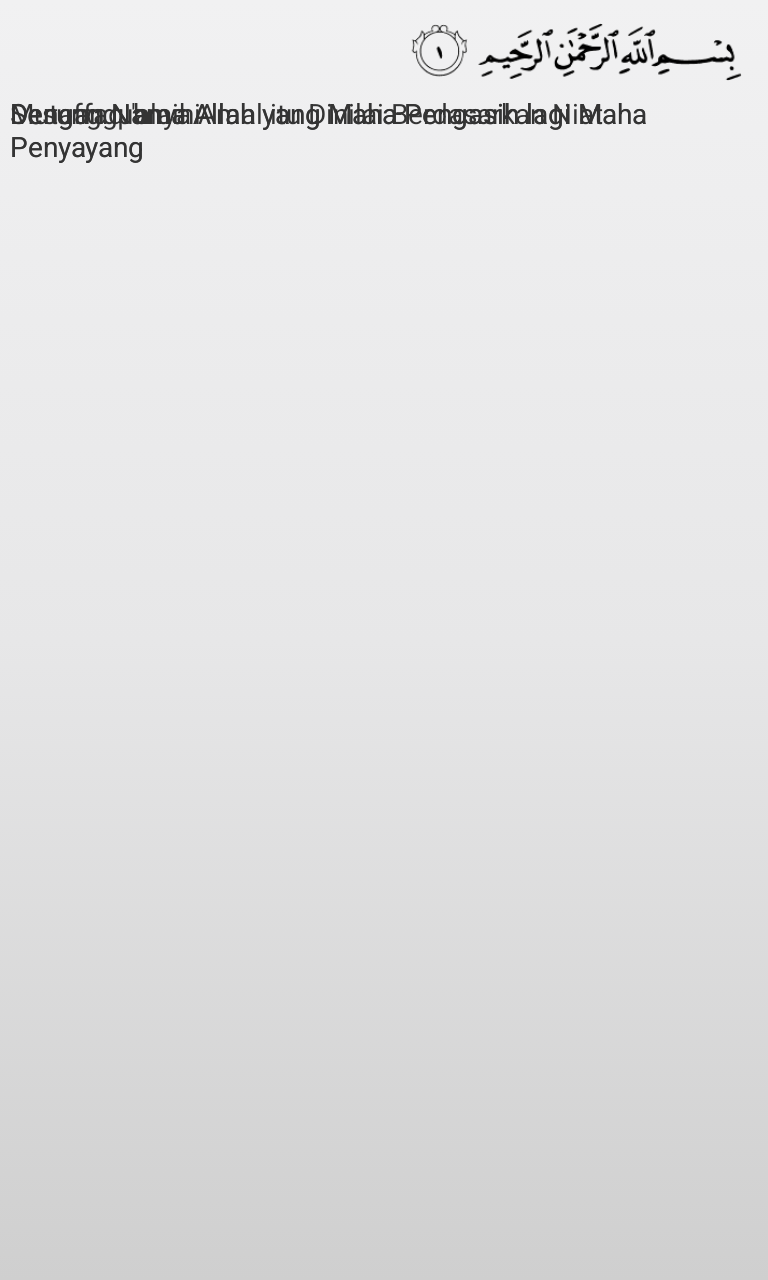
Repository: rezaervani/ayongajitiaphari
Layout: AyoNgajiTiapHari/res/layout/barisriyadhusshalihin.xml
An editor plug-in stored every save of this project. The layout is shown before and after the next save, followed by the edit.
It is drawn on a 768 x 1280 px phone screen (xhdpi) without system bars, with theme AppTheme; the app's code is not run.

Above is the layout before, as saved 2014-06-29 05:49:33.

### AyoNgajiTiapHari/res/layout/barisriyadhusshalihin.xml
<?xml version="1.0" encoding="utf-8"?>
<RelativeLayout xmlns:android="http://schemas.android.com/apk/res/android"
    android:layout_width="fill_parent"
    android:layout_height="wrap_content"
    android:background="@drawable/list_selector"
    android:orientation="horizontal"
    android:padding="5dip" >

    <!--  ListRow Left sied Thumbnail image -->

    <LinearLayout
        android:id="@+id/thumbnail"
        android:layout_width="wrap_content"
        android:layout_height="wrap_content"
        android:layout_alignParentRight="true"
        android:layout_marginRight="5dip"
        android:background="@drawable/imagebg"
        android:padding="3dip" >



        <ImageView
            android:id="@+id/tekshadisrs"
            android:layout_width="wrap_content"
            android:layout_height="wrap_content"
            android:layout_gravity="center_horizontal|right"
            android:contentDescription="@string/ayattampil"
            android:scaleType="fitCenter"
            android:src="@drawable/alfatihah_1" />

    </LinearLayout>

    <!-- Terjemahan -->


    <!-- Artist Name -->

    <TextView
        android:id="@+id/terjemah"
        android:layout_width="fill_parent"
        android:layout_height="wrap_content"
        android:layout_alignLeft="@+id/thumbnail"
        android:layout_alignParentLeft="true"
        android:layout_below="@+id/thumbnail"
        android:text="Sesungguhnya Amal itu Dinilai Berdasarkan Niat"
        android:textColor="#343434"
        android:textSize="14sp" />

     <TextView
        android:id="@+id/derajat"
        android:layout_width="fill_parent"
        android:layout_height="wrap_content"
        android:layout_alignLeft="@+id/thumbnail"
        android:layout_alignParentLeft="true"
        android:layout_below="@+id/thumbnail"
        android:text="Mutaffaq 'alaihi"
        android:textColor="#343434"
        android:textSize="14sp" />

      <TextView
        android:id="@+id/pengesahan"
        android:layout_width="fill_parent"
        android:layout_height="wrap_content"
        android:layout_alignLeft="@+id/thumbnail"
        android:layout_alignParentLeft="true"
        android:layout_below="@+id/thumbnail"
        android:text="Dengan Nama Allah yang Maha Pengasih lagi Maha Penyayang"
        android:textColor="#343434"
        android:textSize="14sp" />

       <TextView
        android:id="@+id/syarah"
        android:layout_width="fill_parent"
        android:layout_height="wrap_content"
        android:layout_alignLeft="@+id/thumbnail"
        android:layout_alignParentLeft="true"
        android:layout_below="@+id/thumbnail"
        android:text="Dengan Nama Allah yang Maha Pengasih lagi Maha Penyayang"
        android:textColor="#343434"
        android:textSize="14sp" />

</RelativeLayout>

### AyoNgajiTiapHari/res/drawable-hdpi/list_selector.xml
<?xml version="1.0" encoding="utf-8"?>
<selector xmlns:android="http://schemas.android.com/apk/res/android" >
     <item
     android:state_selected="false"
        android:state_pressed="false"
        android:drawable="@drawable/bgradient" />

    <item android:state_pressed="true"
        android:drawable="@drawable/hoverbg" />

    <item android:state_selected="true"
     android:state_pressed="false"
        android:drawable="@drawable/hoverbg" />

</selector>

### AyoNgajiTiapHari/res/drawable-hdpi/imagebg.xml
<?xml version="1.0" encoding="utf-8"?>
<layer-list xmlns:android="http://schemas.android.com/apk/res/android" >
        <item>
      <shape
        android:shape="rectangle">

            <solid android:color="#00000000"/>
        </shape>
   </item>

</layer-list>

### AyoNgajiTiapHari/res/values/strings.xml
<?xml version="1.0" encoding="utf-8"?>
<resources>

    <string name="app_name">AyoNgajiTiapHari</string>
    <string name="hello_world">Hello world!</string>
    <string name="juduldepan">Ayo Ngaji Tiap Hari</string>
    <string name="situs">quran.rumahilmu.or.id</string>
    <string name="logo">logo</string>
    <string name="masjid">Masjid</string>
    <string name="ustadz">Ustadz</string>
    <string name="kajian">Kajian</string>
    <string name="tanggal">Tanggal</string>
    <string name="tombolquran">Kajian Al Quran</string>
    <string name="tombolsunnah">Kajian Sunnah</string>
    <string name="tombolmasjid">Masjid dan Agenda</string>
    <string name="tomboltanyajawab">Tanya Jawab Ustadz</string>
    <string name="tafsiradhwaulbayan">Gambar Tafsir Adhwaul Bayan</string>
    <string name="namasurah">Nama Surah</string>
    <string name="keterangansurah">Keterangan Surah</string>
    <string name="tentangaplikasi">Tentang Aplikasi</string>
    <string name="shahihbukhari">Shahih Bukhari</string>
    <string name="shahihmuslim">Shahih Muslim</string>
    <string name="riyadhusshalihin">Riyadhus Shalihin</string>
    <string name="arbainnawawiyah">Arbain an Nawawiyah</string>
    <string name="sunannasai">Sunan Nasai</string>
    <string name="sunanabudawud">Sunan Abu Dawud</string>
    <string name="ayattampil">Ayat Tampil</string>


</resources>

### AyoNgajiTiapHari/res/drawable-hdpi/bgradient.xml
<?xml version="1.0" encoding="utf-8"?>
<shape xmlns:android="http://schemas.android.com/apk/res/android"
       android:shape="rectangle">

    <gradient
      android:startColor="#f1f1f2"
      android:centerColor="#e7e7e8"
      android:endColor="#cfcfcf"
      android:angle="270" />

</shape>

### AyoNgajiTiapHari/res/drawable-hdpi/hoverbg.xml
<?xml version="1.0" encoding="utf-8"?>
<shape xmlns:android="http://schemas.android.com/apk/res/android"
    android:shape="rectangle">

    <gradient
      android:startColor="#18d7e5"
      android:centerColor="#16cedb"
      android:endColor="#09adb9"
      android:angle="270" />

</shape>

Loaded but not shown: AyoNgajiTiapHari/res/values/styles.xml (common file); AyoNgajiTiapHari/res/values-v11/styles.xml (common file); AyoNgajiTiapHari/res/values-v14/styles.xml (common file)

After the next save:
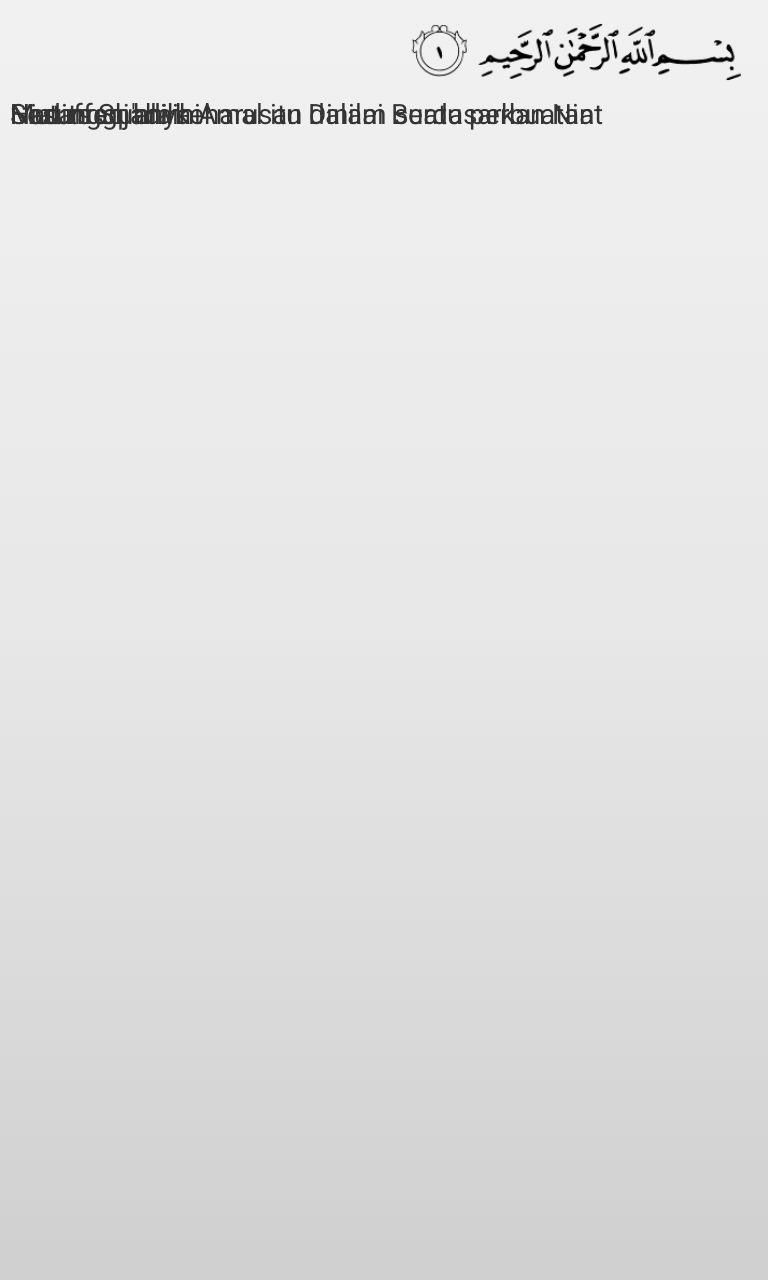
Saved 18 s later.
--- a/AyoNgajiTiapHari/res/layout/barisriyadhusshalihin.xml
+++ b/AyoNgajiTiapHari/res/layout/barisriyadhusshalihin.xml
@@ -64,7 +64,7 @@
         android:layout_alignLeft="@+id/thumbnail"
         android:layout_alignParentLeft="true"
         android:layout_below="@+id/thumbnail"
-        android:text="Dengan Nama Allah yang Maha Pengasih lagi Maha Penyayang"
+        android:text="Hadits Shahih"
         android:textColor="#343434"
         android:textSize="14sp" />
 
@@ -75,7 +75,7 @@
         android:layout_alignLeft="@+id/thumbnail"
         android:layout_alignParentLeft="true"
         android:layout_below="@+id/thumbnail"
-        android:text="Dengan Nama Allah yang Maha Pengasih lagi Maha Penyayang"
+        android:text="Niat menjadi keharusan dalam suatu perbuatan"
         android:textColor="#343434"
         android:textSize="14sp" />
 
